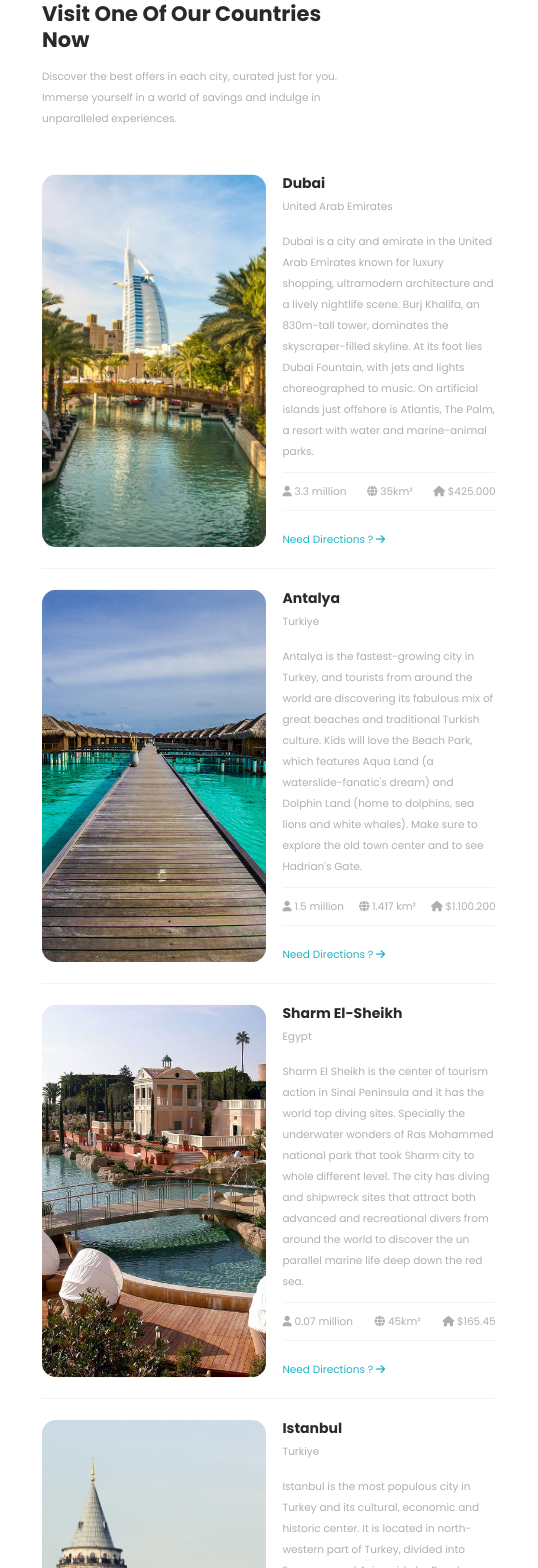
Repository: asadbekdev07/asadbekdev-zamontour-react
Page: /
The author's editor kept a copy of each file at every save. The page is drawn from the files as they stood at one save, then again after the next save.
The browser window is 768 px wide. The pictures show the part of the page from y = 3908 to 6148 px (the page is 6479 px tall before and 6663 px after), at 70% of full size.
The project was rebuilt for these pictures with package versions that can differ from the ones it lists, and the page was loaded fresh each time. Also part of the build but not shown: vite.config.js.

Above is the page before, as saved 2024-05-26 20:08:23.

After the next save:
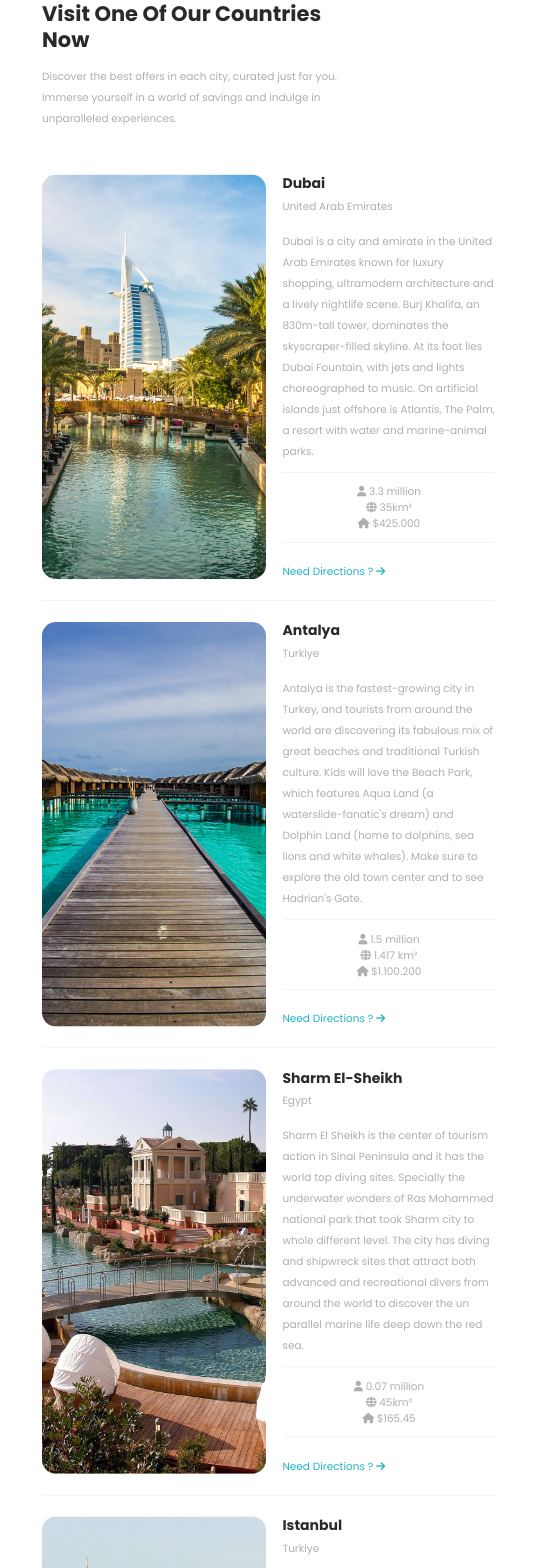
Saved 30 s later.
--- a/src/assets/styles/index.css
+++ b/src/assets/styles/index.css
@@ -882,6 +882,9 @@ select:-webkit-autofill:focus {
   .swiper-button-prev {
     margin: 0 -8px;
   }
+  .visit__info {
+    flex-direction: column;
+  }
 }
 
 @media only screen and (min-width: 500px) and (max-width: 700px) {
